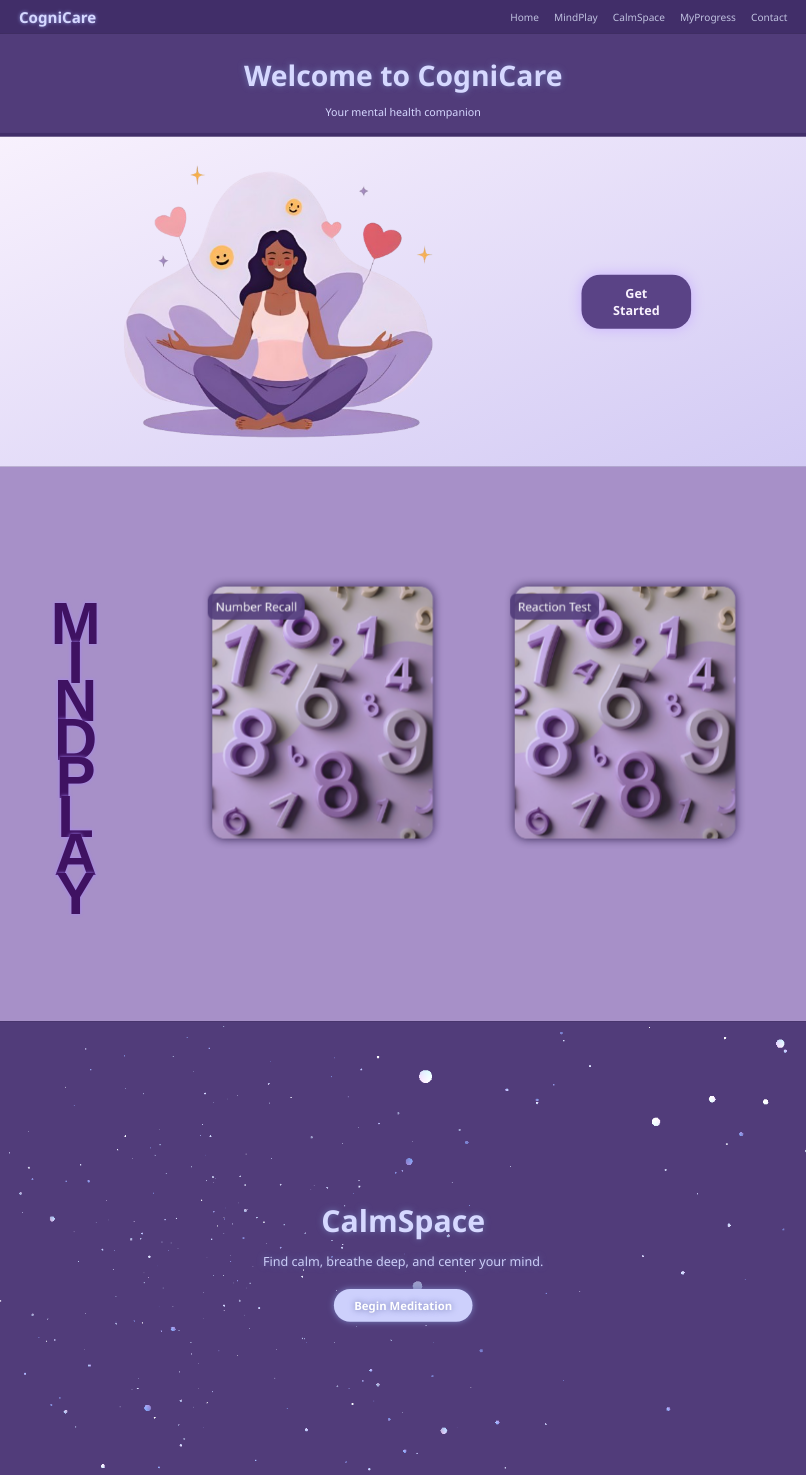
Repository: rujularaut/CogniCare
Page: /
The author's editor kept a copy of each file at every save. The page is drawn from the files as they stood at one save, then again after the next save.
The browser window is 1280 px wide. The pictures show the whole page, at 63% of full size.
The project was rebuilt for these pictures with package versions that can differ from the ones it lists, and the page was loaded fresh each time. Also part of the build but not shown: src/components/MeditationRoom.css, src/components/Signup.css, src/components/Signup.js, src/components/Login.css, src/components/Login.js, src/components/Stepper.css, src/components/Stepper.jsx, src/components/SignupStepper.css and 3 more.

Above is the page before, as saved 2025-06-25 14:40:35.

After the next save:
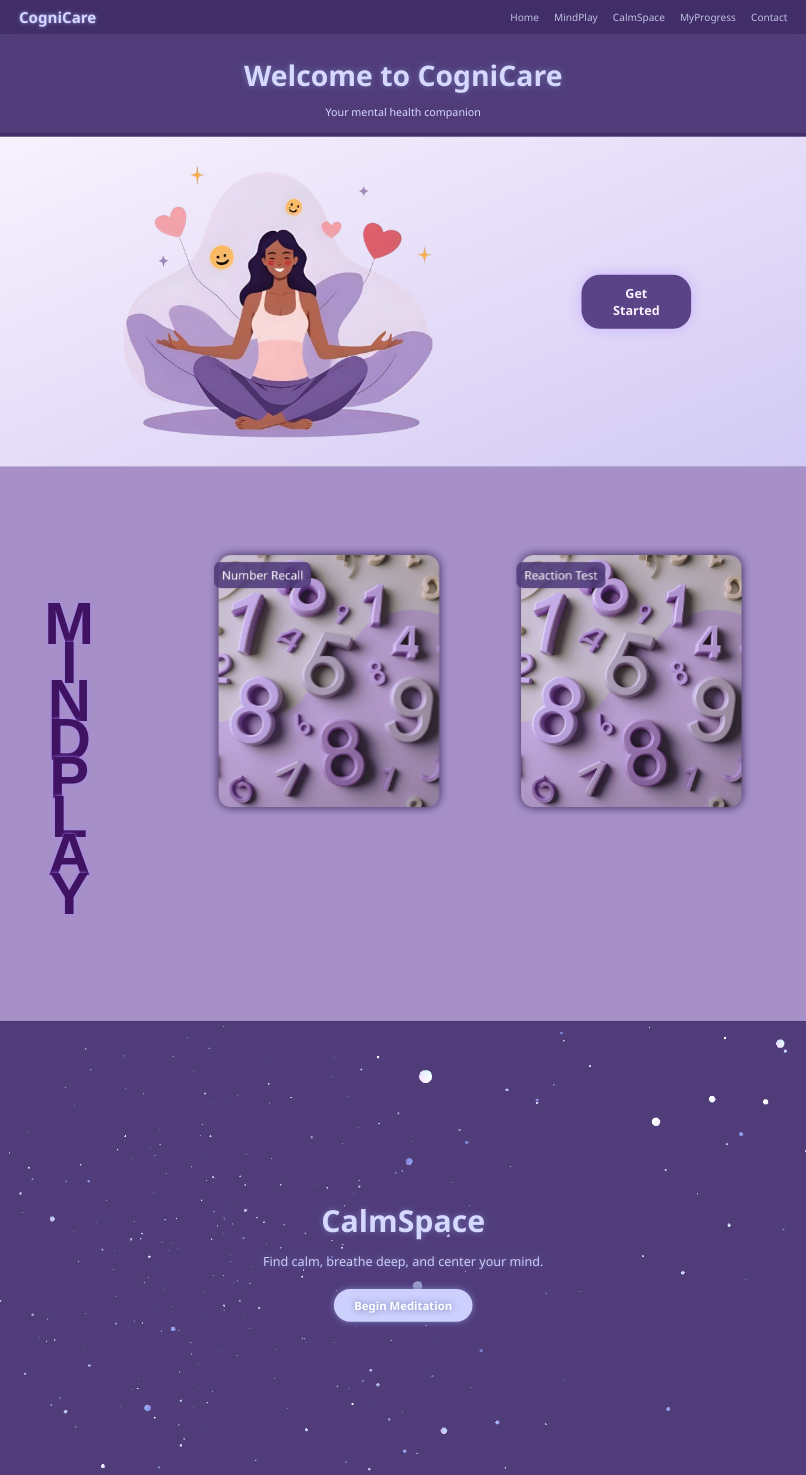
Saved 14 s later.
--- a/src/components/MindPlay.css
+++ b/src/components/MindPlay.css
@@ -39,8 +39,8 @@
   justify-content: center;
   align-items: center;
   margin-top: 0;
-  margin-bottom: 100px;
-  margin-left: 30px; /* 👈 pushes the cards upward */
+  margin-bottom: 200px;
+  margin-left: 50px; /* 👈 pushes the cards upward */
 }
 
 
